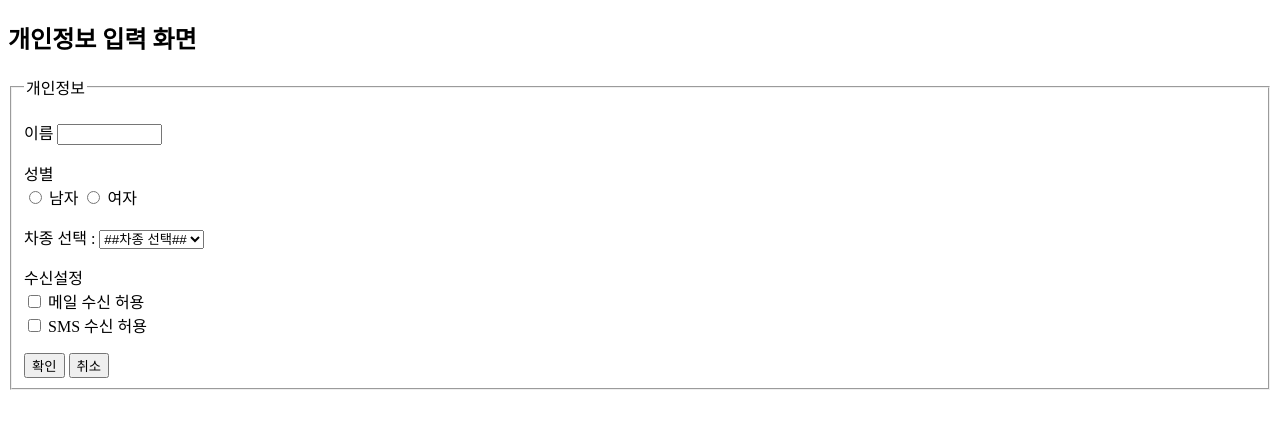
Repository: LTaeHoon/javajsp_ncs
Page: http://localhost/chap01_Jsp_Servlet/exam/personInfo.jsp
The author's editor kept a copy of each file at every save. The page is drawn from the files as they stood at one save, then again after the next save.
The browser window is 1280 px wide. The pictures show the whole page.
The page is served by Tomcat 9. Other server files are loaded and not shown.

Above is the page before, as saved 2017-01-12 01:54:44.

### chap01_Jsp_Servlet/WebContent/exam/personInfo.jsp
<%@ page language="java" contentType="text/html; charset=UTF-8" %>
<!DOCTYPE html PUBLIC "-//W3C//DTD HTML 4.01 Transitional//EN" "http://www.w3.org/TR/html4/loose.dtd">
<html>
<head>
<meta http-equiv="Content-Type" content="text/html; charset=UTF-8">
<title>개인정보 입력</title>

</head>
<body>
	<h2>개인정보 입력 화면</h2>
	<form method="post" action="../pInfo">
	<fieldset>
		<legend>개인정보</legend>
		<p>이름 <input name="name" id="name" size="10"/></p>
		<p>성별<br>
		<input type="radio" name="gender" id="gender" value="남자"/> 남자
		<input type="radio" name="gender" id="gender" value="여자"/> 여자
		</p>
		<p>
		차종 선택 :
		<select name="car" id="car">
			<option value="#">##차종 선택##</option>
			<option value="./images/car1.gif">제네시스</option>
			<option value="./images/car2.gif">소나타</option>
			<option value="./images/car3.gif">그렌져</option>
			<option value="./images/car4.gif">i 30</option>
		</select>
		</p>
		<p>
		수신설정<br>
		<input type="checkbox" name="option" id="option" value="email"/> 메일 수신 허용<br>
		<input type="checkbox" name="option" id="option" value="sms"/> SMS 수신 허용
		</p>
		<input type="submit" value="확인"/>
		<input type="reset" value="취소"/>
	</fieldset>
	</form>
</body>
</html>

Loaded but not shown: chap01_Jsp_Servlet/WebContent/js/jquery-3.js (library)

After the next save:
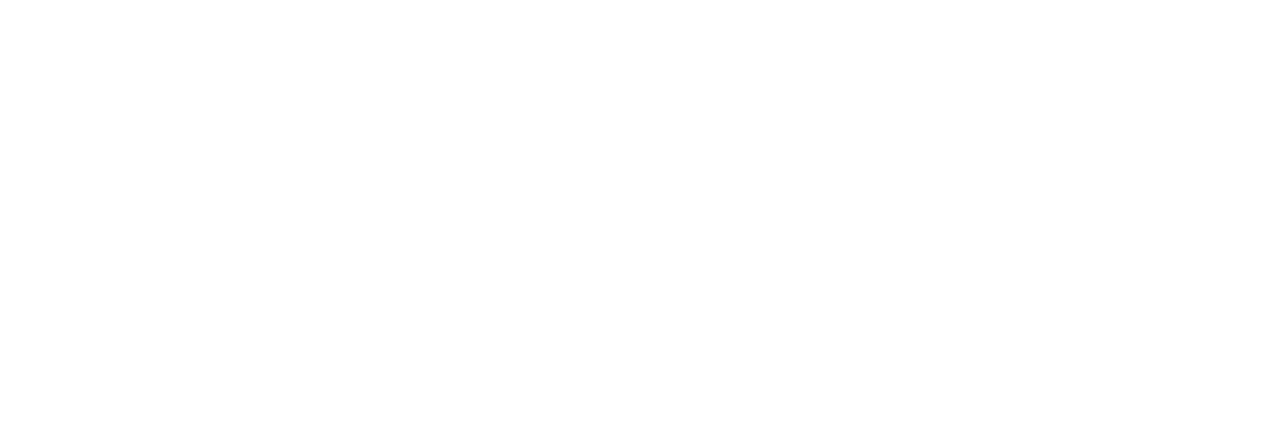
Saved 80 s later.
--- a/chap01_Jsp_Servlet/WebContent/exam/personInfo.jsp
+++ b/chap01_Jsp_Servlet/WebContent/exam/personInfo.jsp
@@ -4,6 +4,7 @@
 <head>
 <meta http-equiv="Content-Type" content="text/html; charset=UTF-8">
 <title>개인정보 입력</title>
+<script type="text/javascript" src="../js/jquery-3.js></script>
 
 </head>
 <body>

After the save that followed:
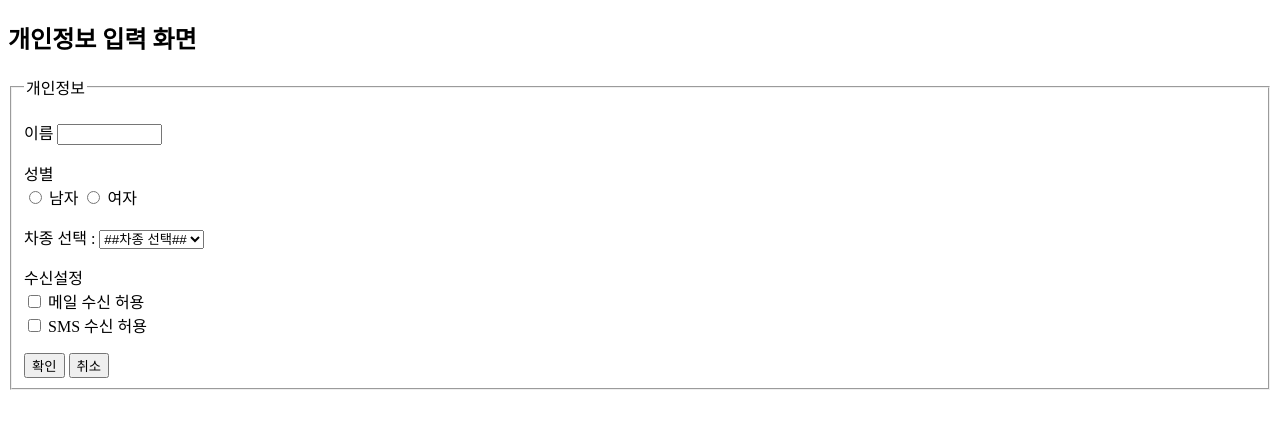
Saved 11 s later.
--- a/chap01_Jsp_Servlet/WebContent/exam/personInfo.jsp
+++ b/chap01_Jsp_Servlet/WebContent/exam/personInfo.jsp
@@ -4,7 +4,7 @@
 <head>
 <meta http-equiv="Content-Type" content="text/html; charset=UTF-8">
 <title>개인정보 입력</title>
-<script type="text/javascript" src="../js/jquery-3.js></script>
+<script type="text/javascript" src="../js/jquery-3.js"></script>
 
 </head>
 <body>
